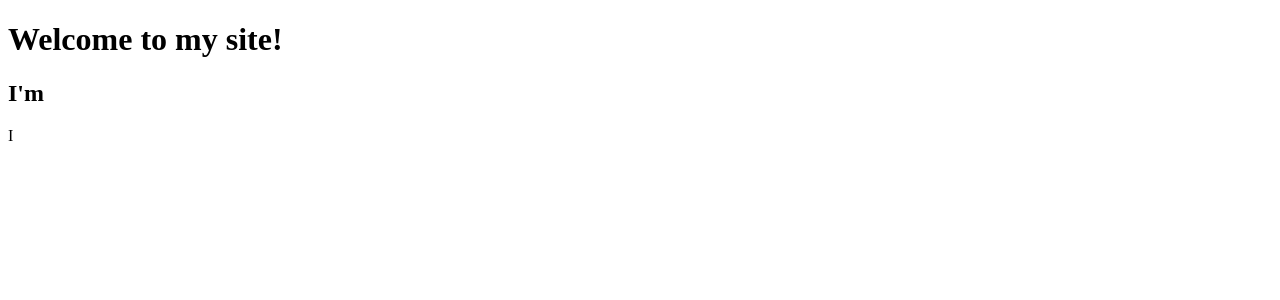
Repository: jasvr/jasvr.io
Page: index.html
These files come from the project's save history. The page is drawn as it stood at one moment and after a run of saves; the edit follows.
The browser window is 1280 px wide. The pictures show the whole page.

Above is the page before, as saved 2020-01-09 02:20:06.

### index.html
<!DOCTYPE html>
<html lang="en">
<head>
    <meta charset="UTF-8">
    <meta name="viewport" content="width=device-width, initial-scale=1.0">
    <meta http-equiv="X-UA-Compatible" content="ie=edge">
    <title>Jasmin Vargas</title>
</head>
<body>
    <h1>Welcome to my site!</h1>
    <h2>I'm </h2>I
</body>
</html>

After the next 2 saves:
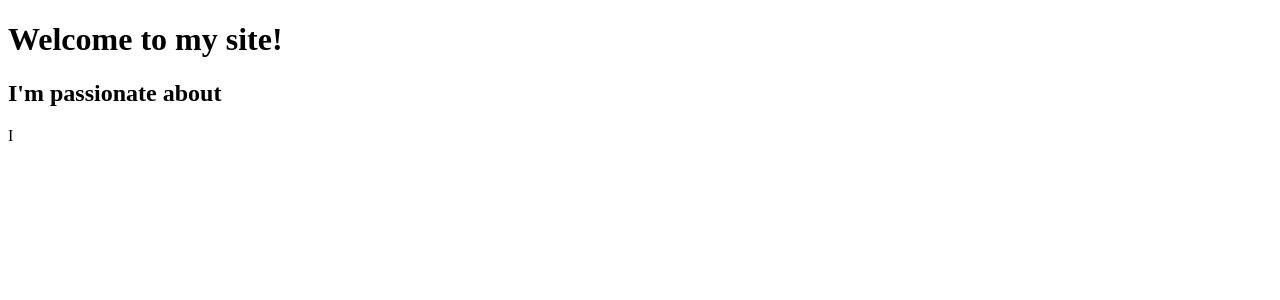
The 2 saves are shown as one change because they came seconds apart.
The last was saved 6 s later.
--- a/index.html
+++ b/index.html
@@ -8,6 +8,6 @@
 </head>
 <body>
     <h1>Welcome to my site!</h1>
-    <h2>I'm </h2>I
+    <h2>I'm passionate about </h2>I
 </body>
 </html>
